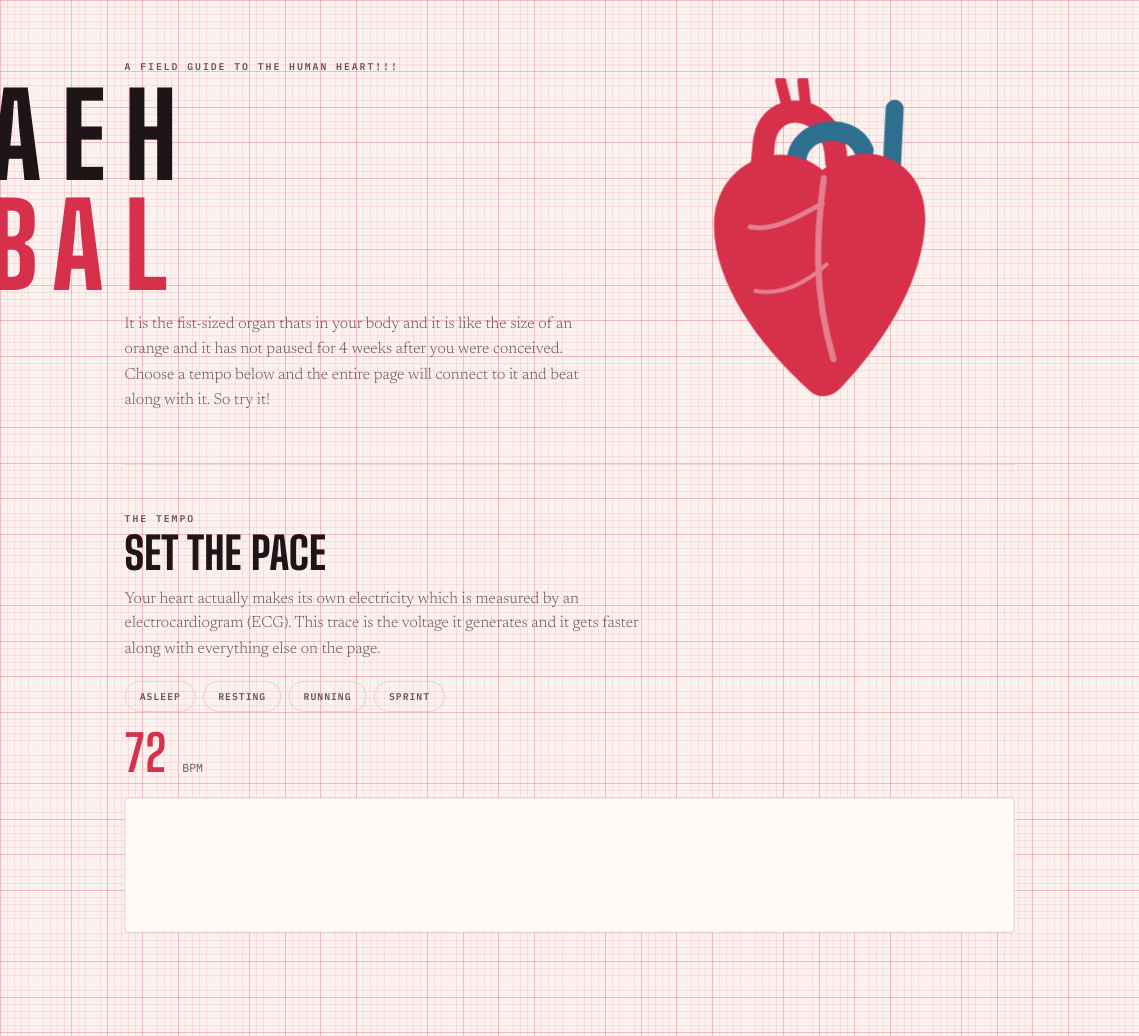
Repository: manayparikh1/PulseBeat
Page: index.html
An editor plug-in stored every save of this project. The page is shown before and after the next save, followed by the edit.
The browser window is 1280 px wide. The pictures show the whole page, at 89% of full size.

Above is the page before, as saved 2026-09-02 15:42:54.

After the next save:
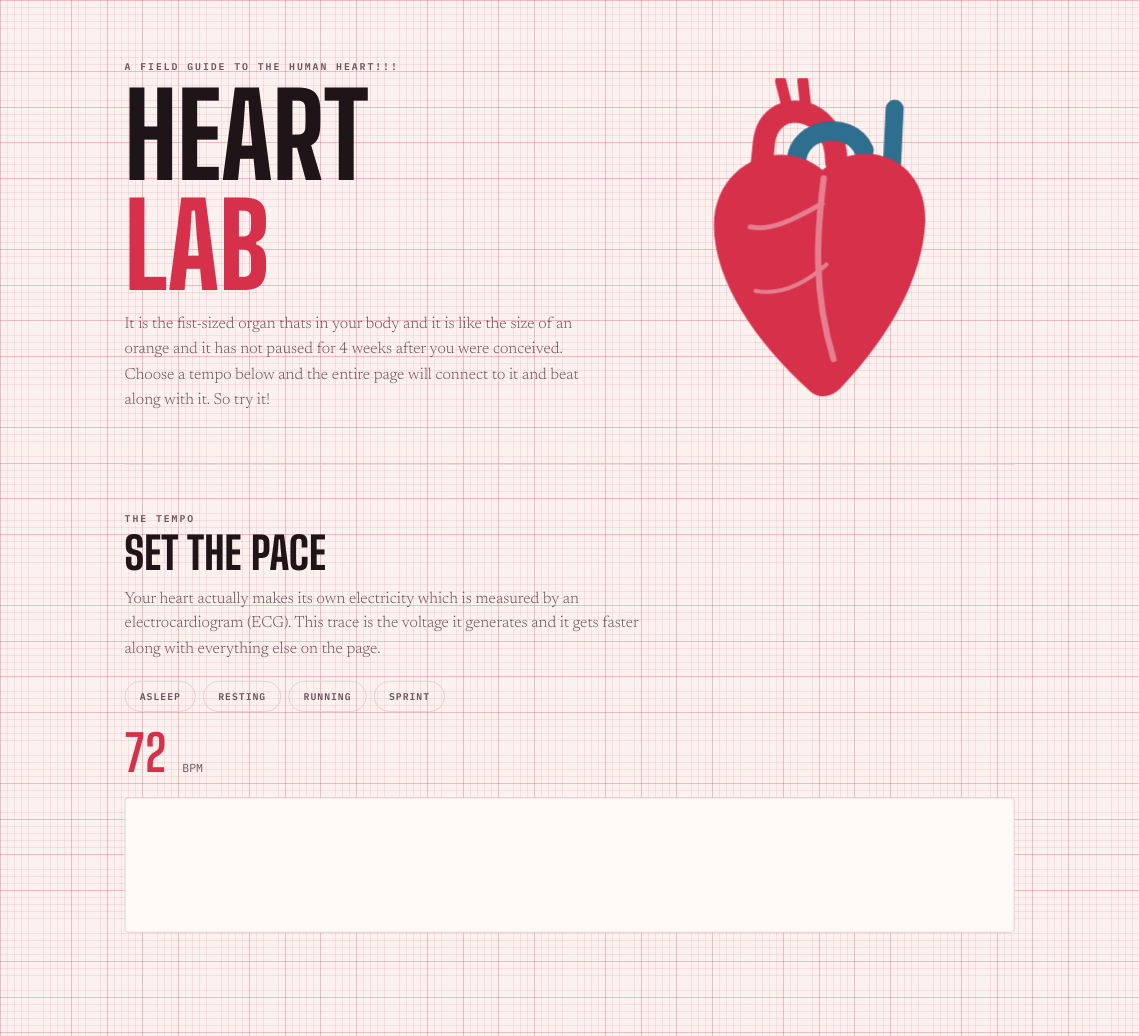
Saved 2 h 14 min later.
--- a/index.html
+++ b/index.html
@@ -142,7 +142,7 @@
 
         h1 {
             font-size: clamp(56px, 11vw, 130px);
-            letter-spacing: -1.0em
+            letter-spacing: -0.0001em;
         }
 
         h1 span {
